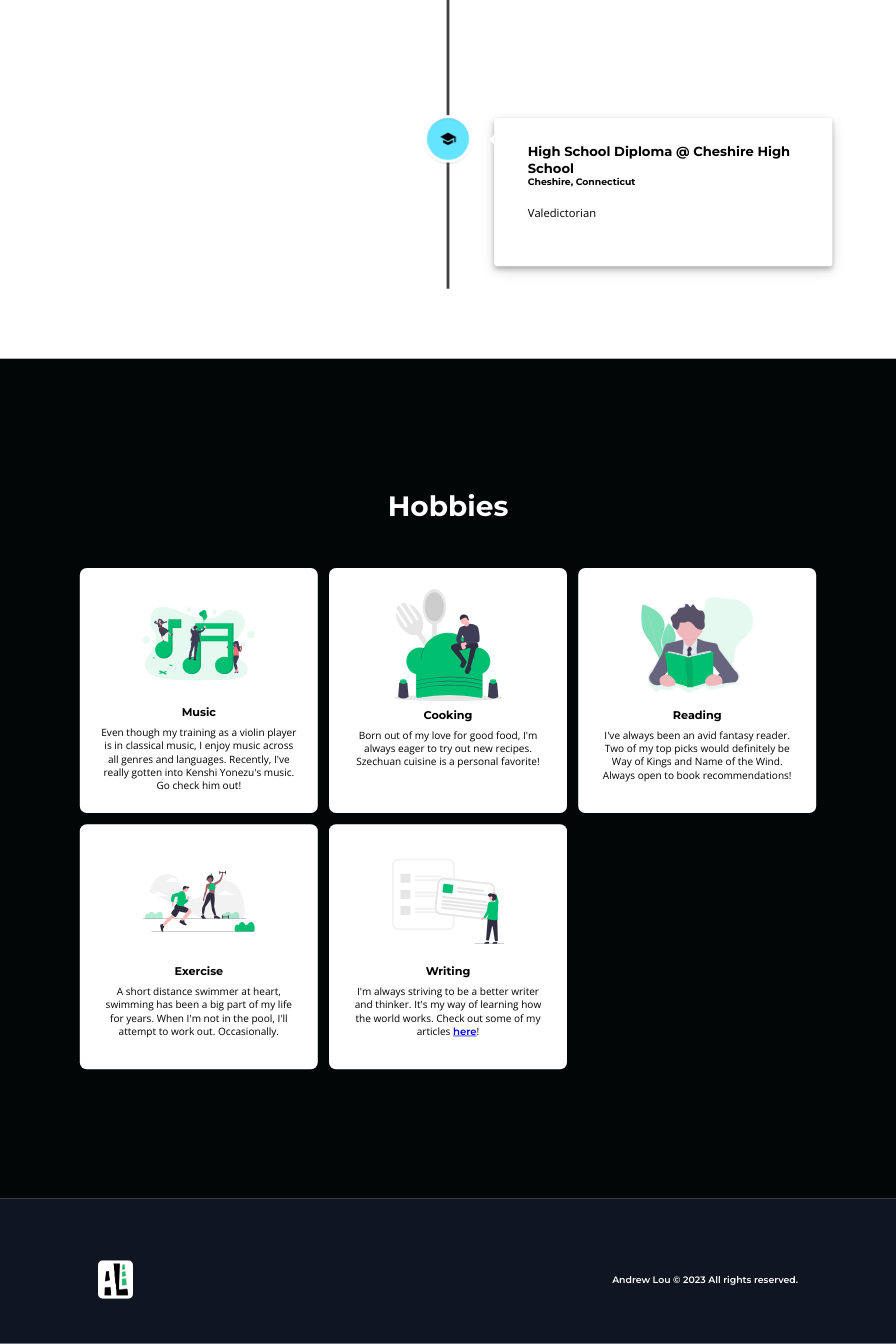
Repository: icer6683/Website
Page: /
An editor plug-in stored every save of this project. The page is shown before and after the next save, followed by the edit.
The browser window is 1280 px wide. The pictures show the part of the page from y = 3448 to 5368 px (the page is 5368 px tall before and 5298 px after), at 70% of full size.
The project was rebuilt for these pictures with package versions that can differ from the ones it lists, and the page was loaded fresh each time. Also part of the build but not shown: src/Components/ContactMe/ContactMeElements.js, src/Components/ContactMe/index.js, src/Pages/contactme.js. Imported but missing from the stored project, and not drawn on this page: src/Video/video.mp4.

Above is the page before, as saved 2025-01-25 00:03:40.

After the next save:
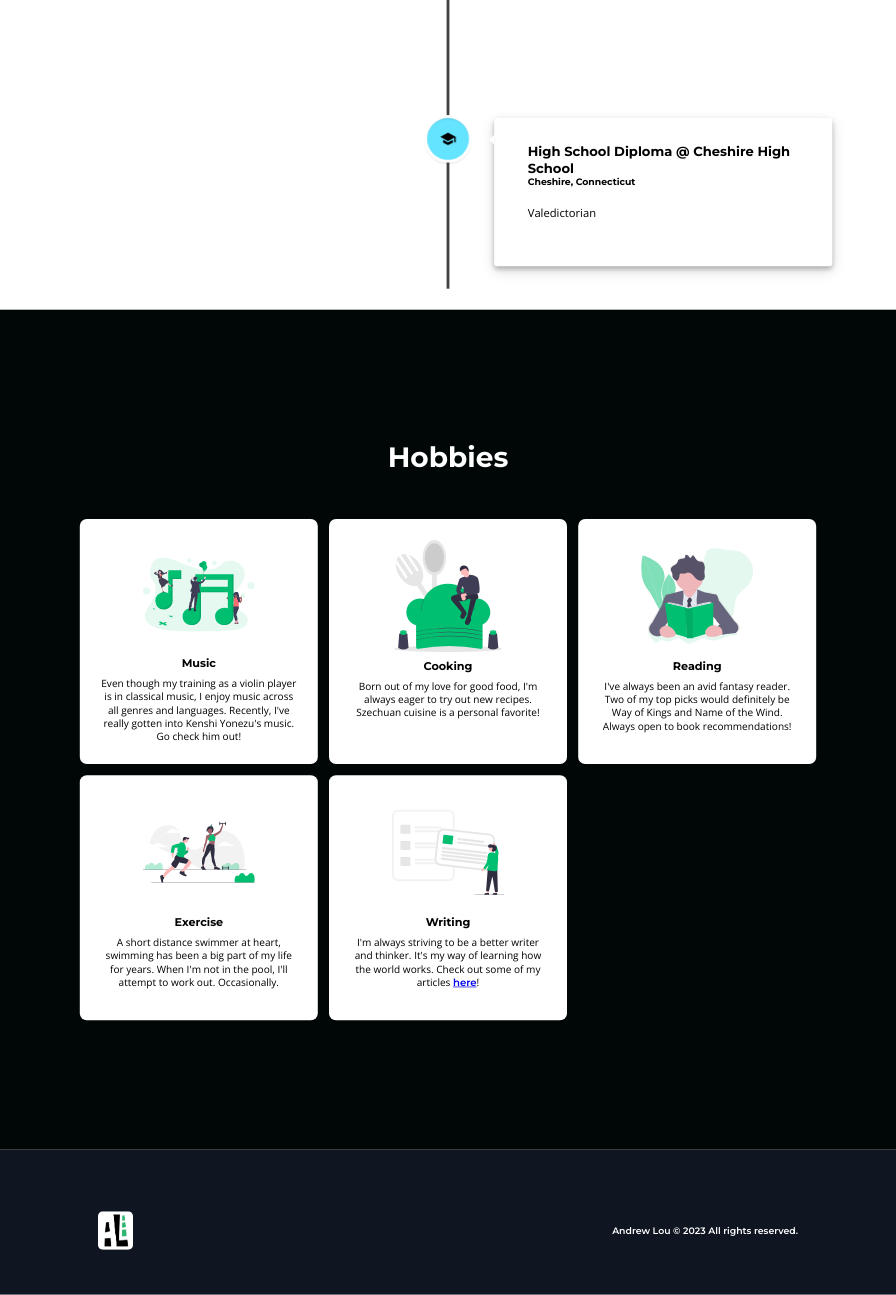
Saved 33 s later.
--- a/src/Components/Timeline/Timeline.css
+++ b/src/Components/Timeline/Timeline.css
@@ -1,7 +1,7 @@
 #experiences {
     padding-left: 30px;
     padding-right: 30px;
-    padding-bottom: 100px;
+    padding-bottom: 30px;
 }
 
 .topline {
